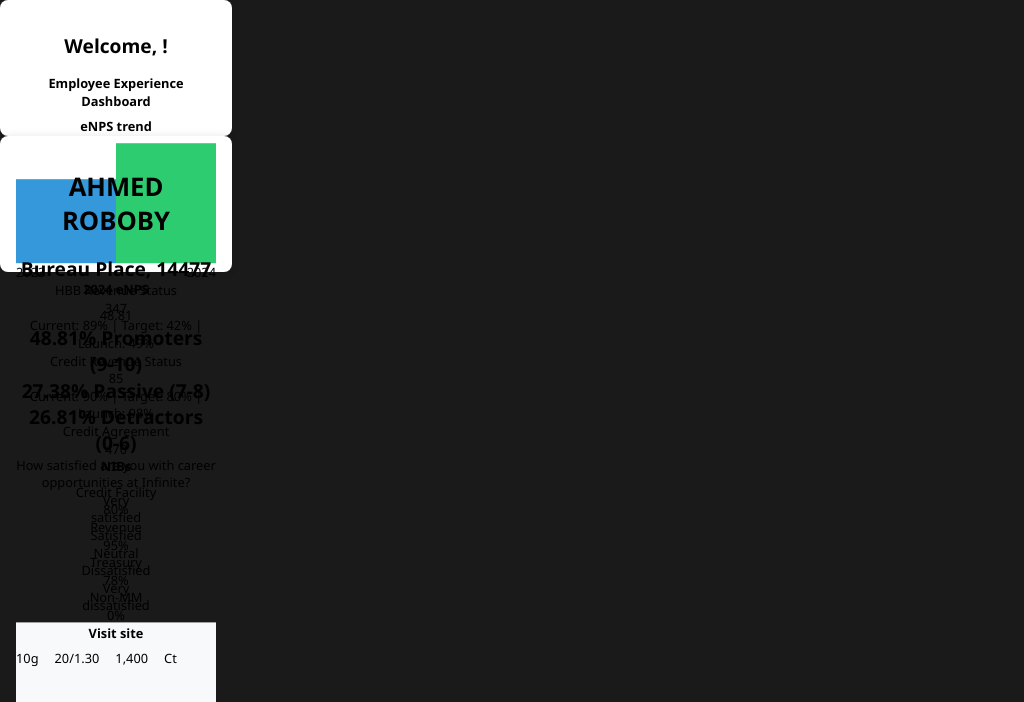
Repository: Ramaryal33/Airline-Management-System
Page: http://localhost/Airline_Management_System/WEB-INF/page/staffDashboard.jsp
These files come from the project's save history. The page is drawn as it stood at one moment and after the next save; the edit follows.
The browser window is 1280 px wide. The pictures show the whole page, at 80% of full size.
The page is served by Tomcat 10. Nobody is signed in. Other server files are loaded and not shown. The template is opened directly, without the code that normally fills it, so the values that code supplies are empty.

Above is the page before, as saved 2025-05-02 00:28:15.

### Airline_Management_System/src/main/webapp/WEB-INF/page/staffDashboard.jsp
<%@ page language="java" contentType="text/html; charset=UTF-8" pageEncoding="UTF-8"%>
<!DOCTYPE html>
<html>
<head>
    <meta charset="UTF-8">
    <title>Staff Dashboard</title>
   <link rel="stylesheet" href="${pageContext.request.contextPath}/css/staff.css">
</head>
<body>
    <div class="dashboard-container">
        <!-- Employee Experience Section -->
        <div class="card">
        <h2>Welcome, ${user.fullName}!</h2>
            <h3>Employee Experience Dashboard</h3>

            <div class="metric">
                <h3>eNPS trend</h3>
                <!-- Chart would go here in a real implementation -->
                <div style="height: 150px; background-color: #f8f9fa; display: flex; align-items: flex-end;">
                    <div style="width: 50%; height: 70%; background-color: #3498db;"></div>
                    <div style="width: 50%; height: 100%; background-color: #2ecc71;"></div>
                </div>
                <div style="display: flex; justify-content: space-between;">
                    <span>2023</span>
                    <span>2024</span>
                </div>
            </div>

            <div class="metric">
                <h3>2024 eNPS</h3>
                <div class="metric-value">48.81</div>
                <div class="progress-bar">
                    <div class="progress" style="width: 48.81%"></div>
                </div>
                <p>48.81% Promoters (9-10)</p>
                <p>27.38% Passive (7-8)</p>
                <p>26.81% Detractors (0-6)</p>
            </div>

            <div class="satisfaction-item">
                <div class="satisfaction-question">How satisfied are you with career opportunities at Infinite?</div>
                <div class="satisfaction-options">
                    <div class="satisfaction-option">Very<br>satisfied</div>
                    <div class="satisfaction-option">Satisfied</div>
                    <div class="satisfaction-option">Neutral</div>
                    <div class="satisfaction-option">Dissatisfied</div>
                    <div class="satisfaction-option">Very<br>dissatisfied</div>
                </div>
                <!-- Chart would go here -->
                <div style="height: 100px; background-color: #f8f9fa; margin-top: 10px;"></div>
            </div>
        </div>

        <!-- Employee Profile Section -->
        <div class="card">
            <div class="profile-header">
                <h1>AHMED ROBOBY</h1>
            </div>
            <p>Bureau Place, 14477</p>

            <div class="metric">
                <div class="metric-title">HBB Revenue Status</div>
                <div class="metric-value">347</div>
                <div>Current: 89% | Target: 42% | Launch: 49%</div>
            </div>

            <div class="metric">
                <div class="metric-title">Credit Revenue Status</div>
                <div class="metric-value">85</div>
                <div>Current: 90% | Target: 80% | Launch: 98%</div>
            </div>

            <div class="metric">
                <div class="metric-title">Credit Agreement</div>
                <div class="metric-value">470</div>
            </div>

            <h3>NIBs</h3>
            <div class="nibs-container">
                <div class="nibs-item">
                    <div>Credit Facility</div>
                    <div class="nibs-percentage">80%</div>
                </div>
                <div class="nibs-item">
                    <div>Revenue</div>
                    <div class="nibs-percentage">95%</div>
                </div>
                <div class="nibs-item">
                    <div>Treasury</div>
                    <div class="nibs-percentage">78%</div>
                </div>
                <div class="nibs-item">
                    <div>Non-MM</div>
                    <div class="nibs-percentage">0%</div>
                </div>
            </div>

            <h3>Visit site</h3>
            <div style="display: flex; gap: 20px;">
                <div>10g</div>
                <div>20/1.30</div>
                <div>1,400</div>
                <div>Ct</div>
            </div>
        </div>
    </div>
</body>
</html>

### Airline_Management_System/src/main/webapp/css/staff.css
body {
    margin: 0;
    font-family: 'Segoe UI', sans-serif;
    display: flex;
    background-color: #1a1a1a; /* Slight black/dim background */
}

.sidebar {
    background-color: #0047AB;
    color: white;
    width: 220px;
    height: 100vh;
    padding: 20px;
    box-sizing: border-box;
}

.sidebar h2 {
    margin-top: 0;
    font-size: 22px;
    margin-bottom: 40px;
    font-weight: bold;
}

.sidebar ul {
    list-style-type: none;
    padding: 0;
}

.sidebar ul li {
    margin: 20px 0;
}

.sidebar ul li a {
    text-decoration: none;
    color: white;
    font-size: 16px;
}

.main-content {
    flex-grow: 1;
    background-color: #f8f9fa;
    padding: 40px;
}

.main-content h2 {
    font-weight: normal;
    font-size: 20px;
    color: #333;
    margin-bottom: 30px;
}

.cards {
    display: flex;
    gap: 20px;
    margin-bottom: 30px;
    flex-wrap: wrap;
    justify-content: center;
}

.card {
    background-color: white;
    padding: 20px;
    border-radius: 10px;
    width: 250px;
    height: 130px;
    box-shadow: 0 0 10px rgba(0,0,0,0.1);
    text-align: center;
}

.card h3 {
    font-size: 16px;
    margin: 0 0 10px;
    font-weight: bold;
}

.card p {
    font-size: 24px;
    font-weight: bold;
    margin: 0;
}

/* New styles for chart layout */
.chart-row {
    display: flex;
    justify-content: center;
    align-items: center;
    gap: 40px;
}

.chart-container {
    display: flex;
    justify-content: center;
    gap: 30px;
    margin-top: 30px;
    flex-wrap: wrap;
}

.card.chart canvas {
    display: block;
    margin: 0 auto;
}

After the next save:
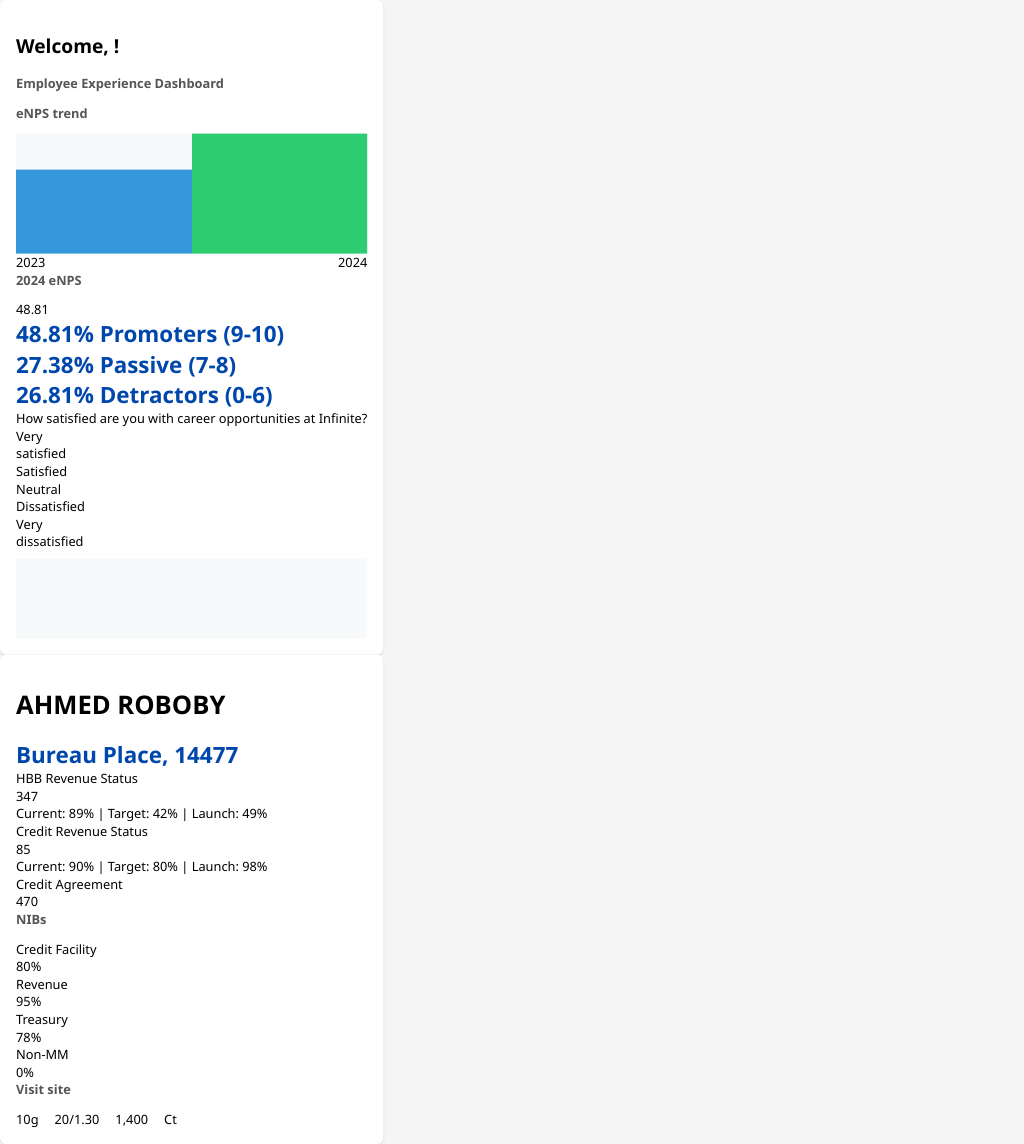
Saved 5 min 35 s later.
--- a/Airline_Management_System/src/main/webapp/css/staff.css
+++ b/Airline_Management_System/src/main/webapp/css/staff.css
@@ -2,7 +2,8 @@ body {
     margin: 0;
     font-family: 'Segoe UI', sans-serif;
     display: flex;
-    background-color: #1a1a1a; /* Slight black/dim background */
+    background-color: #f5f5f5;
+    min-height: 100vh;
 }
 
 .sidebar {
@@ -12,13 +13,14 @@ body {
     height: 100vh;
     padding: 20px;
     box-sizing: border-box;
+    position: fixed;
 }
 
 .sidebar h2 {
     margin-top: 0;
     font-size: 22px;
     margin-bottom: 40px;
-    font-weight: bold;
+    font-weight: 600;
 }
 
 .sidebar ul {
@@ -34,68 +36,83 @@ body {
     text-decoration: none;
     color: white;
     font-size: 16px;
+    display: block;
+    padding: 8px 12px;
+    border-radius: 4px;
+    transition: background-color 0.2s;
+}
+
+.sidebar ul li a:hover {
+    background-color: rgba(255, 255, 255, 0.15);
 }
 
 .main-content {
-    flex-grow: 1;
-    background-color: #f8f9fa;
-    padding: 40px;
+    margin-left: 220px;
+    padding: 30px;
+    width: calc(100% - 220px);
+    box-sizing: border-box;
 }
 
 .main-content h2 {
-    font-weight: normal;
-    font-size: 20px;
+    font-weight: 500;
+    font-size: 24px;
     color: #333;
     margin-bottom: 30px;
 }
 
 .cards {
     display: flex;
-    gap: 20px;
+    gap: 25px;
     margin-bottom: 30px;
     flex-wrap: wrap;
-    justify-content: center;
 }
 
 .card {
     background-color: white;
     padding: 20px;
-    border-radius: 10px;
-    width: 250px;
-    height: 130px;
-    box-shadow: 0 0 10px rgba(0,0,0,0.1);
-    text-align: center;
+    border-radius: 8px;
+    box-shadow: 0 2px 4px rgba(0,0,0,0.1);
+    flex: 1;
+    min-width: 200px;
 }
 
 .card h3 {
     font-size: 16px;
-    margin: 0 0 10px;
-    font-weight: bold;
+    margin: 0 0 15px;
+    font-weight: 600;
+    color: #555;
 }
 
 .card p {
-    font-size: 24px;
-    font-weight: bold;
+    font-size: 28px;
+    font-weight: 700;
     margin: 0;
+    color: #0047AB;
 }
 
-/* New styles for chart layout */
-.chart-row {
+/* Chart-specific styles */
+.card.chart-container {
+    flex: 1 1 45%;
+    min-width: 400px;
+    height: 350px;
+    display: flex;
+    flex-direction: column;
+}
+
+.chart-container h3 {
+    text-align: center;
+    margin-bottom: 20px;
+}
+
+.chart-wrapper {
+    width: 100%;
+    height: calc(100% - 40px);
     display: flex;
     justify-content: center;
     align-items: center;
-    gap: 40px;
 }
 
-.chart-container {
-    display: flex;
-    justify-content: center;
-    gap: 30px;
-    margin-top: 30px;
-    flex-wrap: wrap;
+canvas {
+    max-width: 100%;
+    max-height: 100%;
 }
-
-.card.chart canvas {
-    display: block;
-    margin: 0 auto;
-}
